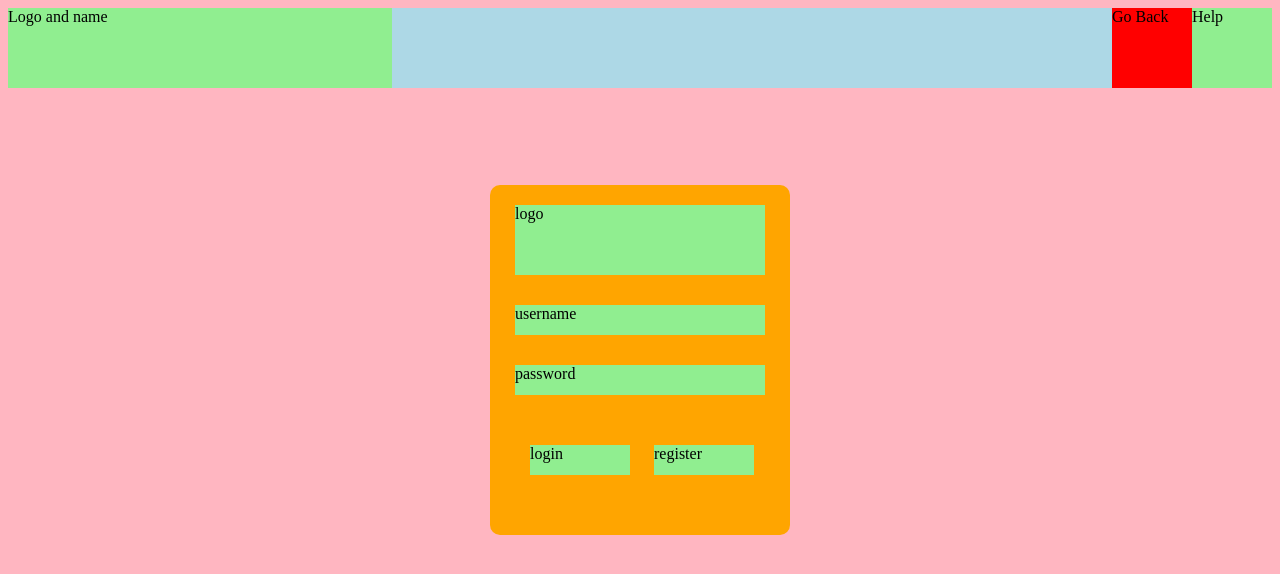
Repository: poornasyamasundar/Software-Project-Manager
Page: SoftwareManager/Templates/login.html
An editor plug-in stored every save of this project. The page is shown before and after the next save, followed by the edit.
The browser window is 1280 px wide. The pictures show the whole page.

Above is the page before, as saved 2021-10-19 08:12:17.

After the next save:
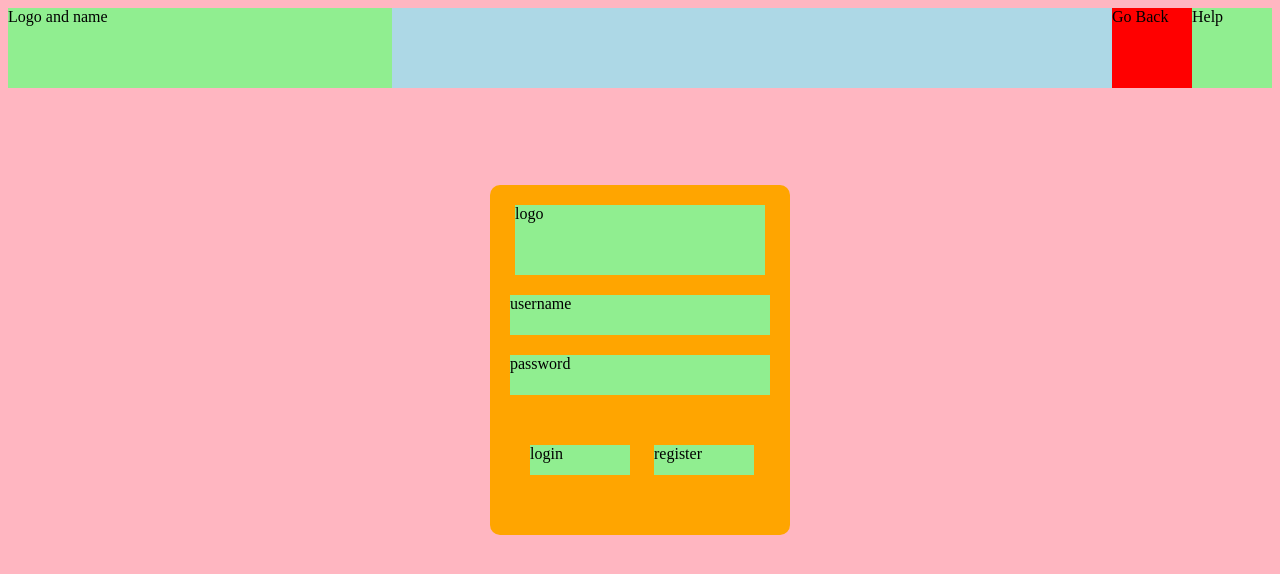
Saved 69 s later.
--- a/SoftwareManager/Templates/login.css
+++ b/SoftwareManager/Templates/login.css
@@ -54,11 +54,11 @@ body
 }
 #username, #password
 {
-	height: 30px;
-	width: 250px;
+	height: 40px;
+	width: 260px;
 	background-color: lightgreen;
 	margin: auto;
-	margin-top: 30px;
+	margin-top: 20px;
 }
 #login
 {
